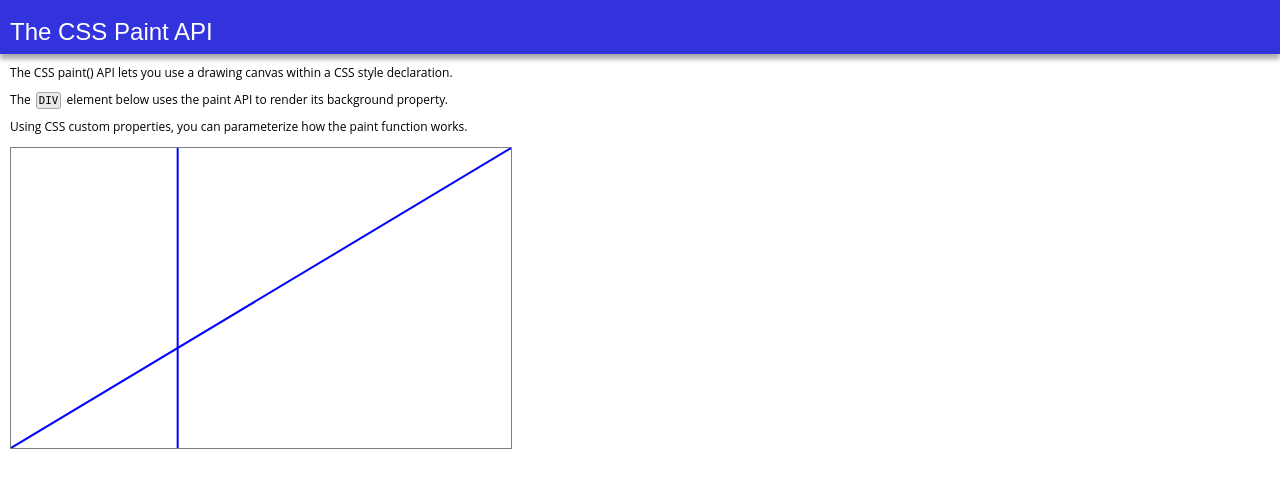
Repository: craig-o-curtis/browser-apis
Page: pages/csspaint.html
These files come from the project's save history. The page is drawn as it stood at one moment and after the next save; the edit follows.
The browser window is 1280 px wide. The pictures show the whole page.

Above is the page before, as saved 2020-05-17 17:13:40.

After the next save:
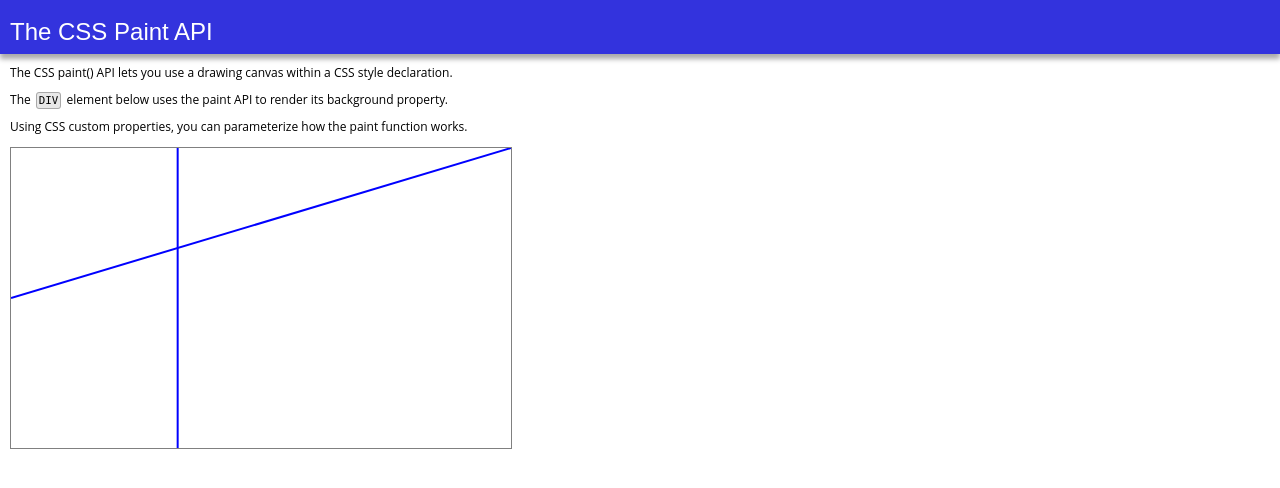
Saved 22 s later.
--- a/pages/csspaint.js
+++ b/pages/csspaint.js
@@ -22,7 +22,7 @@ if (typeof registerPaint !== "undefined") {
 
       ctx.beginPath();
       ctx.moveTo(size.width, 0);
-      ctx.lineTo(0, size.height);
+      ctx.lineTo(0, size.height/2);
       ctx.stroke();
     }
   }
